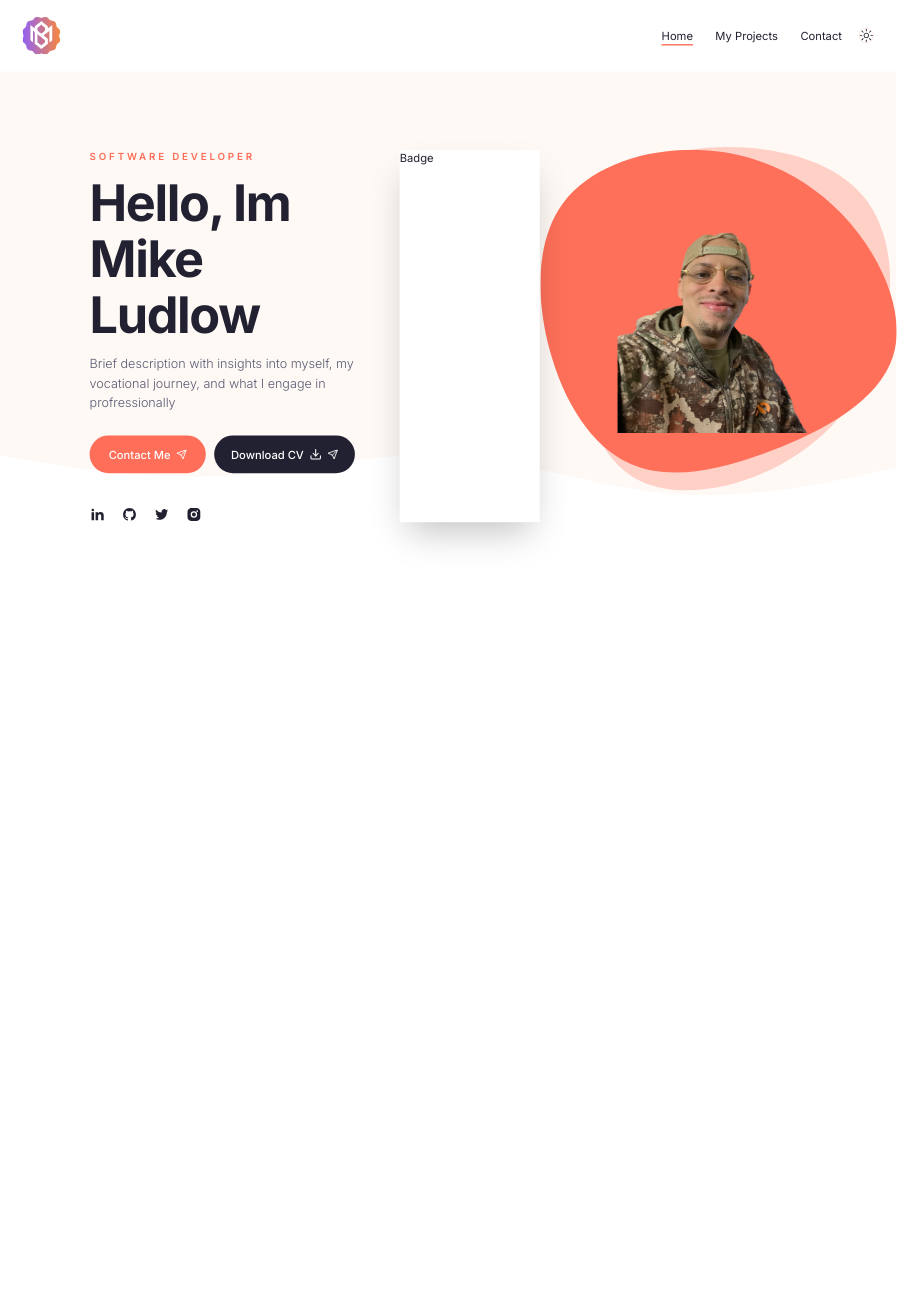
Repository: MikeeBuilds/mike-port
Page: /
An editor plug-in stored every save of this project. The page is shown before and after a run of saves, followed by the edit.
The browser window is 1280 px wide. The page is 1313 px wide, so the pictures cover 1313 px, including what lies to the right of the window. The pictures show the part of the page from y = 0 to 1880 px (the page is 4731 px tall), at 70% of full size.
The project was rebuilt for these pictures with package versions that can differ from the ones it lists, and the page was loaded fresh each time. The framework's server and built-in components were replaced by stand-ins that run in the browser. Also part of the build but not shown: next.config.js.

Above is the page before, as saved 2023-11-30 11:55:33.

After the next 4 saves:
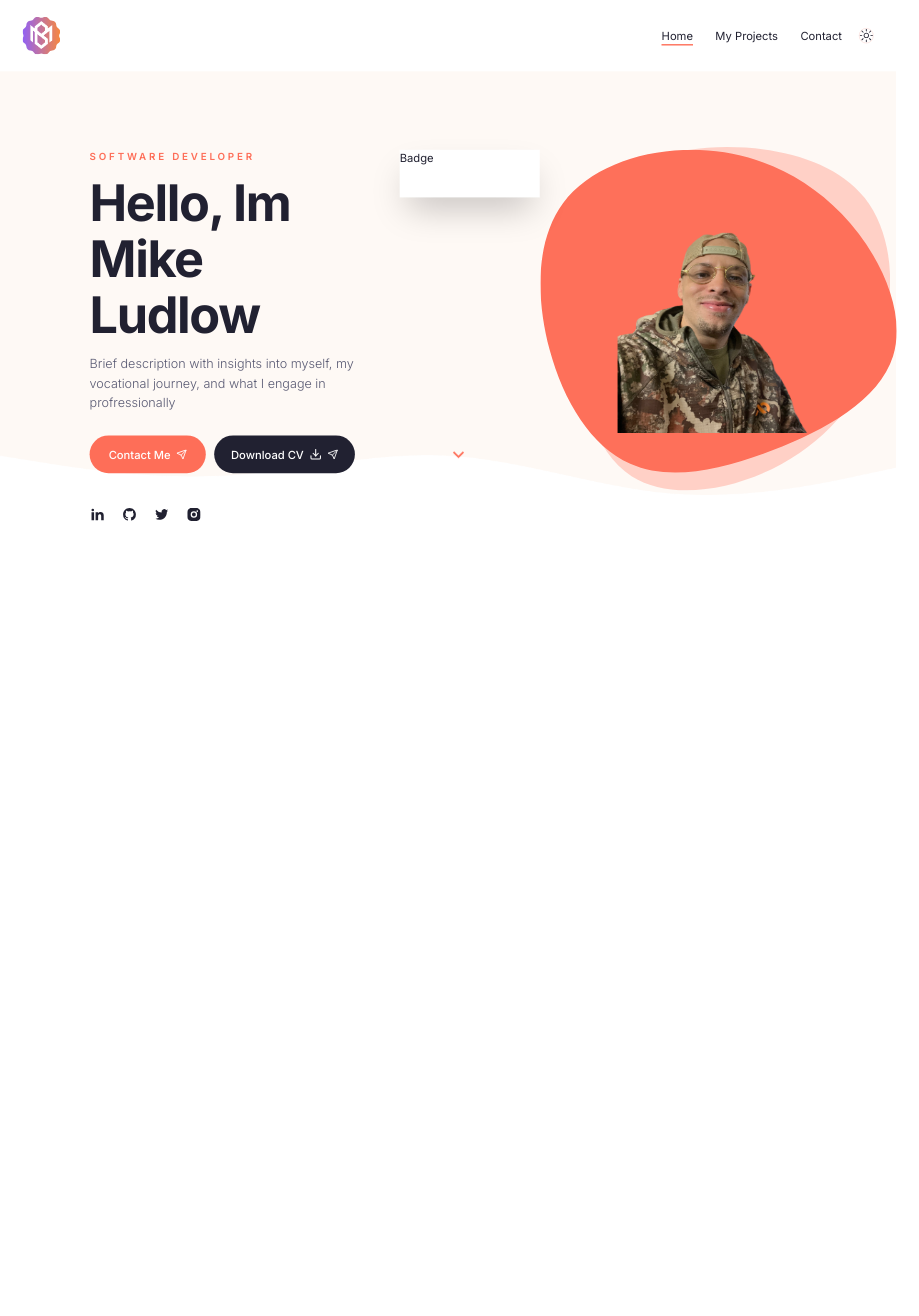
The 4 saves are shown as one change because they came seconds apart.
The last was saved 16 s later.
--- a/app/globals.css
+++ b/app/globals.css
@@ -71,5 +71,5 @@
 }
 
 .badge {
-  @apply z-10 w-[200px] bg-white dark:backdrop-blur-[44px] shadow-2xl;
+  @apply z-10 w-[200px] h-[68px] bg-white dark:backdrop-blur-[44px] shadow-2xl;
 }
